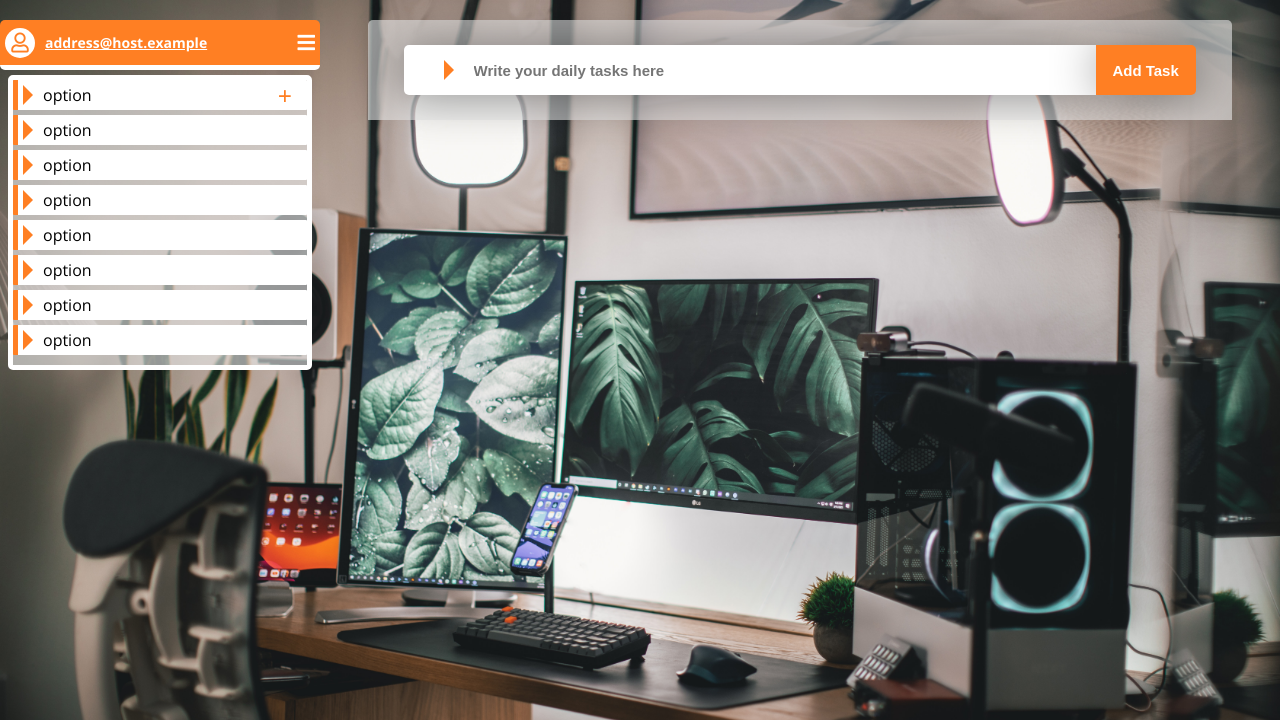
Repository: OmarEssameldinMousa/To-do-list-level01
Page: index.html
An editor plug-in stored every save of this project. The page is shown before and after the next save, followed by the edit.
The browser window is 1280 px wide. The pictures show the whole page.

Above is the page before, as saved 2023-08-10 00:33:16.

### index.html
<!DOCTYPE html>
<html lang="en">

<head>
    <meta charset="UTF-8">
    <meta name="viewport" content="width=device-width, initial-scale=1.0">
    <title>ToDo</title>
    <link rel="stylesheet" href="main.css">
    <link rel="preconnect" href="https://fonts.gstatic.com" />
    <link rel="stylesheet" href="css/all.min.css">
    <link href="https://fonts.googleapis.com/css2?family=Open+Sans:wght@400;700&display=swap" rel="stylesheet" />
</head>

<body>
    <div class="dashboard">
        <div class="nav">
            <div class="navigation">
                <div class="profile">
                    <div class="profile-pic">
                        <i class="fa-regular fa-user"></i>
                    </div>
                    <h3>address@host.example</h3>
                    <i class="fa-solid fa-bars" style="color: #ffffff;"></i>
                    <!-- <i class="fa-solid fa-bars second" style="color: #ffffff;"></i> -->
                    <!-- <i class="fa-solid fa-arrow-right" style="color: #ffffff;"></i>
                    <i class="fa-solid fa-arrow-left" style="color: #ffffff;"></i> -->
                </div>
                <ul>
                    <li>
                        <span class="toggle"></span>
                        <span class="title">option</span>
                        <i class="fa-solid fa-plus"></i>
                    </li>
                    <li>
                        <span class="toggle"></span>
                        <span class="title">option</span>
                    </li>
                    <li>
                        <span class="toggle"></span>
                        <span class="title">option</span>
                    </li>
                    <li>
                        <span class="toggle"></span>
                        <span class="title">option</span>
                    </li>
                    <li>
                        <span class="toggle"></span>
                        <span class="title">option</span>
                    </li>
                    <li>
                        <span class="toggle"></span>
                        <span class="title">option</span>
                    </li>
                    <li>
                        <span class="toggle"></span>
                        <span class="title">option</span>
                    </li>
                    <li>
                        <span class="toggle"></span>
                        <span class="title">option</span>
                    </li>
                </ul>
            </div>
        </div>
        <div class="workstation">
            <div class="container">
                <div class="form">
                    <div>
                        <span></span>
                        <input type="text" class="input" placeholder="Write your daily tasks here">
                    </div>
                    <input type="submit" class="add" value="Add Task">
                </div>
                <!-- separator -->
                <div class="tasks">
                    <div class="tasks-numbers">

                    </div>
                    <div class="tasks-container">

                    </div>
                </div>
            </div>
        </div>
    </div>
    <script src="main.js"></script>
</body>

</html>

### main.css
:root {
    --main-color: rgba(235, 235, 235, 0.6);
    --secondery-color: #ff7f23;
}

* {
    -webkit-box-sizing: border-box;
    -moz-box-sizing: border-box;
    box-sizing: border-box;
    padding: 0;
    margin: 0;
}

body {
    font-family: "Open Sans", sans-serif;
    background-image: url(backgroundimage.jpg);
    background-repeat: no-repeat;
    background-size: cover;
    position: relative;
    height: 100%;
}


ul {
    list-style: none;
}


.dashboard {
    display: flex;
    height: 100%;
    width: 100%;
    column-gap: 0px;
}

.nav {
    width: 25%;
    height: 100%;
    position: relative;
    margin-top: 20px;
    border-radius: 5px;
}

.nav .navigation {
    height: 100%;
    width: 100%;

    position: relative;
}

.nav .navigation .profile {
    width: 100%;
    height: 50px;
    background-color: var(--secondery-color);
    display: flex;
    align-items: center;
    border-bottom: 5px solid white;
    border-radius: 5px;
}

.nav .navigation .profile .profile-pic {
    border-radius: 50%;
    background-color: white;
    height: 30px;
    width: 30px;
    display: flex;
    align-items: center;
    justify-content: center;
    margin-left: 5px;
}

.nav .navigation .profile i {
    font-size: 20px;
    color: var(--secondery-color);
}

.nav .navigation .profile h3 {
    font-size: 14px;
    padding-left: 10px;
    text-decoration: underline;
    color: white;
}

.nav .navigation ul {
    width: 95%;
    margin: auto;
    margin-top: 5px;
    padding-bottom: 5px;
    position: relative;
    top: 0;
    background: var(--main-color);
    border-radius: 5px;
    border: 5px solid white;
    transition: display 0.3s ease-in-out;
}

.nav .navigation ul li {
    padding: 5px;
    height: 30px;
    background-color: white;
    margin-bottom: 5px;
    border-radius: 1px;
    border-left: 5px solid #ff7f23;
    display: flex;
    align-items: center;
    transition: 0.3s;
}


.nav .navigation ul li:hover .toggle {
    padding-left: 10px;
}

.fa-solid.fa-plus {
    position: absolute;
    right: 15px;
    font-size: 25px;
    color: #ff7f23;
    font-weight: bold;
}

li .toggle {
    border: 10px solid var(--secondery-color);
    border-color: transparent transparent transparent #ff7f23;
    transition: 0.3s;
}

.workstation {
    height: 100%;
    position: relative;
    flex: 1;
}

.container {
    width: 100%;
    min-height: 50px;
    background-color: transparent;
    z-index: 1;
    position: absolute;
}

.container .form {
    width: 90%;
    height: 100px;
    background-color: var(--main-color);
    margin: 20px auto;
    border-top-right-radius: 5px;
    border-top-left-radius: 5px;
    text-align: center;
    position: relative;
    display: flex;
    justify-content: center;
    align-items: center;
}

.container .tasks {
    width: 90%;
    background-color: var(--main-color);
    margin: 20px auto;
    display: flex;
    border-bottom-left-radius: 5px;
    border-bottom-right-radius: 5px;
}

.container .form .input,
.container .form .add {
    display: block;
    height: 50px;
}

.container .form div {
    width: 80%;
    border-bottom-left-radius: 5px;
    border-top-left-radius: 5px;
    border: 0px solid;
    box-shadow: -5px 0 50px 0px #00000073;
    background-color: white;
    display: flex;
    justify-content: flex-end;
    align-items: center;
}

.container .form div span {
    border: 10px solid #ff7f23;
    border-color: transparent transparent transparent #ff7f23;
    margin-right: 10px;
}

.container .form div .input {
    outline: 0;
    font-size: 15px;
    border: 0px solid;
    font-weight: bold;
    width: 90%;
}

.container .form .add {
    width: 100px;
    border: 0px solid;
    background-color: #ff7f23;
    color: white;
    font-weight: bold;
    font-size: 15px;
    border-bottom-right-radius: 5px;
    border-top-right-radius: 5px;
    box-shadow: 5px 0 50px 0px #00000073;
}

.container .tasks .tasks-container {
    width: 80%;
    display: flex;
    flex-direction: column;
    align-items: center;
    align-content: center;
    flex: 1;
}

.container .tasks .tasks-container .task {
    width: 80%;
    height: 50px;
    border-radius: 5px;
    border: 0px solid;
    box-shadow: -5px 0 50px 0px #00000073;
    background-color: white;
    margin: 10px 0;
    position: relative;
    display: flex;
    align-items: center;
}

.container .tasks .tasks-container .task i {
    margin-left: 10px;
    margin-right: 10px;
    color: var(--secondery-color);
}


.container .tasks .tasks-container .task::after {
    content: "";
    width: 10%;
    height: 100%;
    background-color: #ff7f23;
    position: absolute;
    top: 0;
    left: 90%;
    z-index: 0;
    border-top-right-radius: 5px;
    border-bottom-right-radius: 5px;
}

.container .tasks .tasks-container .task i:first-of-type {
    position: absolute;
    right: 4%;
    top: 50%;
    transform: translateY(-50%);
    color: white;
    z-index: 1;
    font-size: 20px;
}

.container .tasks .tasks-container .task i:last-of-type {
    position: absolute;
    right: 0%;
    top: 50%;
    transform: translateY(-50%);
    color: white;
    z-index: 1;
    font-size: 20px;
}

.container .tasks .tasks-numbers {
    width: 50px;
    display: flex;
    align-items: center;
    flex-direction: column;
}


.tasks-numbers .repated-line-circle {
    width: 2px;
    height: 70px;
}

.tasks-numbers .line-circle {
    display: flex;
    flex-direction: column;
    width: 100%;
    height: 100%;
    justify-content: space-between;
    align-items: center;
}

.tasks-numbers .line-circle .upper-line {
    width: 100%;
    height: 40%;
    background-color: white;
}

.tasks-numbers .line-circle .circle {
    font-family: 'VT323', monospace;
    width: 20px;
    height: 20px;
    background-color: #ff7f23;
    border-radius: 50%;
    text-align: center;
    position: relative;
    transition: 0.3s;
    animation: gradient-animation 5s infinite alternate;
    border: 1px solid white;
}


.tasks-numbers .line-circle .circle p {
    position: absolute;
    left: 50%;
    top: 50%;
    transform: translate(-50%, -50%);
    font-size: 14px;
    color: white;
}

.line-circle .circle p a {
    text-decoration: none;
}

.tasks-numbers .line-circle .lower-line {
    width: 2px;
    height: 40%;
    background-color: white;
}

.nav .navigation .profile i.fa-solid.fa-bars {
    position: absolute;
    right: 5px;
}


@media (max-width: 767px) {
    body {
        background-image: none;
    }

    .dashboard {
        flex-direction: column;
    }

    .nav {
        width: 100% !important;
        height: 50px;
        z-index: 2;
    }

    .navigation {
        width: 100%;
        position: absolute;
        background-color: #ff7f23;
    }

    .nav .navigation ul {
        width: 100%;
        display: none;
    }

    .nav .navigation ul li {
        border: none;
        margin: 0;
    }

    .navigation .footer {
        display: none;
    }

    .nav .navigation .profile i.fa-solid.fa-bars {
        display: inline-block;
    }

    .nav .navigation .profile i.fa-solid.fa-bars.second {
        display: none;
    }
}

/* Small */
@media (min-width: 768px) {}

/* Medium */
@media (min-width: 992px) {}

/* Large */
@media (min-width: 1200px) {}

### main.js
let counter = 1;
let counterarray = [];
let tasksDiv = document.querySelector(".tasks-container");
let tasksnumbersDiv = document.querySelector(".tasks-numbers");
let inputbox = document.querySelector(".input");
let inputboxValue = inputbox.value;
let inputbtn = document.querySelector(".add");
let idtentity = 0;
let list = [];
let menu_bars = document.querySelector("i.fa-solid.fa-bars")
let optionsul = document.querySelector(".nav .navigation ul")
let menu_bars2 = document.querySelector("i.fa-solid.fa-bars.second")
let navdiv = document.querySelector(".nav")

function createTaskDiv_NumberDiv() {
    if (inputbox.value != "") {
        let inputbox = document.querySelector(".input");
        let inputboxValue = inputbox.value;
        counterarray.push(counter);
        // craeting task divs
        let taskDiv = document.createElement("div");
        taskDiv.className = "task";
        let i1 = document.createElement("i");
        i1.className = "fa-regular fa-square-check";
        let i2 = document.createElement("i");
        i2.className = "fa-solid fa-clock";
        let i3 = document.createElement("i");
        i3.className = "fa-regular fa-trash-can";
        i3.setAttribute("index", counterarray.length - 1);
        let tasktitle = document.createElement("h4");
        tasktitle.innerHTML = inputboxValue;
        // nesting all childs under each parent
        tasksDiv.appendChild(taskDiv);
        taskDiv.appendChild(i1);
        taskDiv.appendChild(i2);
        taskDiv.appendChild(i3);
        taskDiv.appendChild(tasktitle);
        //creating the numbering divs
        let repatedlinecircleDiv = document.createElement("div");
        repatedlinecircleDiv.className = "repated-line-circle";
        let linecirclediv = document.createElement("div");
        linecirclediv.className = "line-circle";
        let upperlinediv = document.createElement("div");
        upperlinediv.className = "upper-line";
        let circlediv = document.createElement("div");
        circlediv.className = "circle";
        let circleparacontent = document.createElement("p");
        circleparacontent.innerHTML = `${counterarray.length}`;
        let lowerlinediv = document.createElement("div");
        lowerlinediv.className = "lower-line";
        //nesting all childs under each parent
        tasksnumbersDiv.appendChild(repatedlinecircleDiv);
        repatedlinecircleDiv.appendChild(linecirclediv);
        linecirclediv.appendChild(upperlinediv);
        linecirclediv.appendChild(circlediv);
        circlediv.appendChild(circleparacontent);
        linecirclediv.appendChild(lowerlinediv);
        // after adjustments
        list.push({ "id": idtentity, "title": inputbox.value, });
        window.localStorage.setItem("tasks", JSON.stringify(list));
        inputbox.value = "";
        counter++;
        idtentity++;
        inputbox.focus();
    }
}

inputbtn.addEventListener("click", createTaskDiv_NumberDiv);

document.addEventListener("click", function (e) {
    if (e.target.className === "fa-regular fa-trash-can") {
        let n = 1;
        // deleting from BOM - local storage
        let storedTasks = JSON.parse(window.localStorage.getItem("tasks"))
        storedTasks.filter(a => a.id != e.index);
        list = storedTasks;
        window.localStorage.clear()
        window.localStorage.setItem("tasks", JSON.stringify(storedTasks));
        // deleting from the DOM
        e.target.parentElement.parentElement.previousElementSibling.lastChild.remove();
        counterarray.pop();
        counter--;
        e.target.parentElement.remove();
        document.querySelectorAll(".circle p").forEach(element => {
            element.innerHTML = n;
            n++;
        });
    }
})

// menu_bars.addEventListener("click", function () {
//     if (optionsul.style.display == "block") {
//         optionsul.style.display = "none"
//     } else {
//         optionsul.style.display = "block"
//     }
// })
// menu_bars.addEventListener("click", function () {
//     if (optionsul.style.display == "block") {
//         optionsul.style.display = "none";
//     } else {
//         optionsul.style.display = "block";
//     }
// });

Loaded but not shown: css/all.min.css (library)

After the next save:
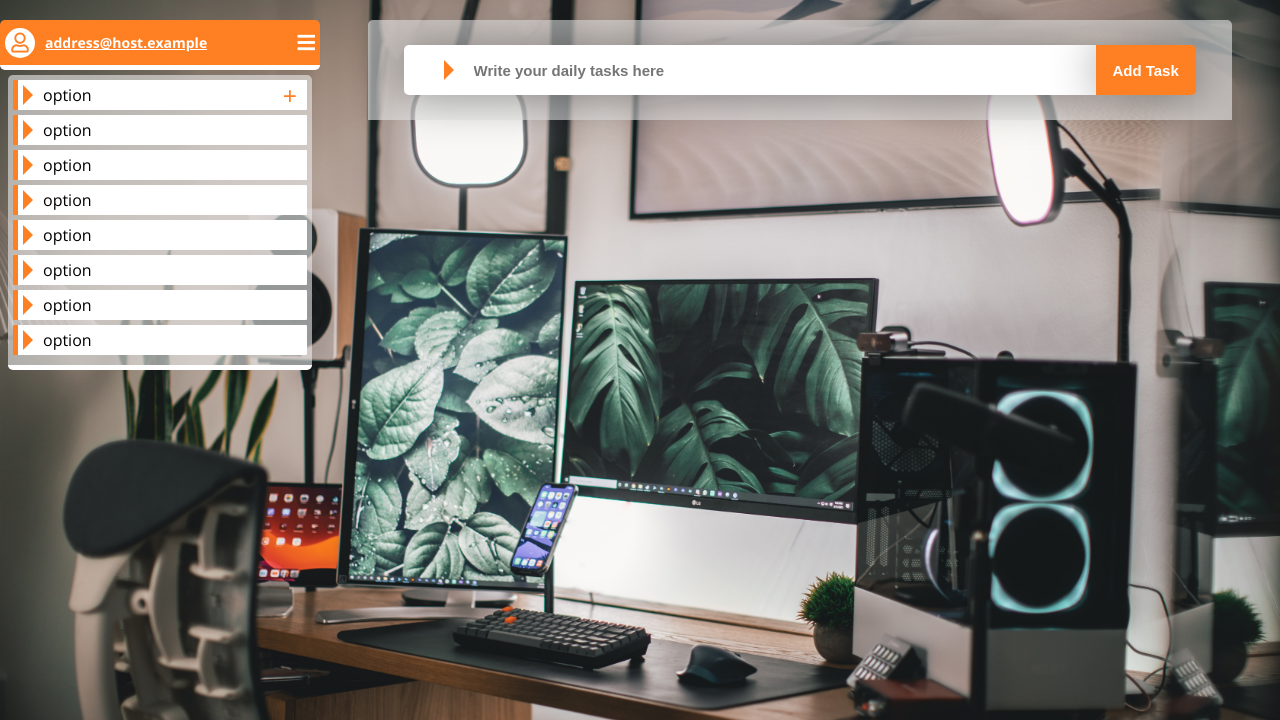
Saved 12 s later.
--- a/main.css
+++ b/main.css
@@ -85,12 +85,12 @@ ul {
     width: 95%;
     margin: auto;
     margin-top: 5px;
-    padding-bottom: 5px;
+    padding: 5px;
     position: relative;
     top: 0;
     background: var(--main-color);
     border-radius: 5px;
-    border: 5px solid white;
+    border-bottom: 5px solid white;
     transition: display 0.3s ease-in-out;
 }
 
